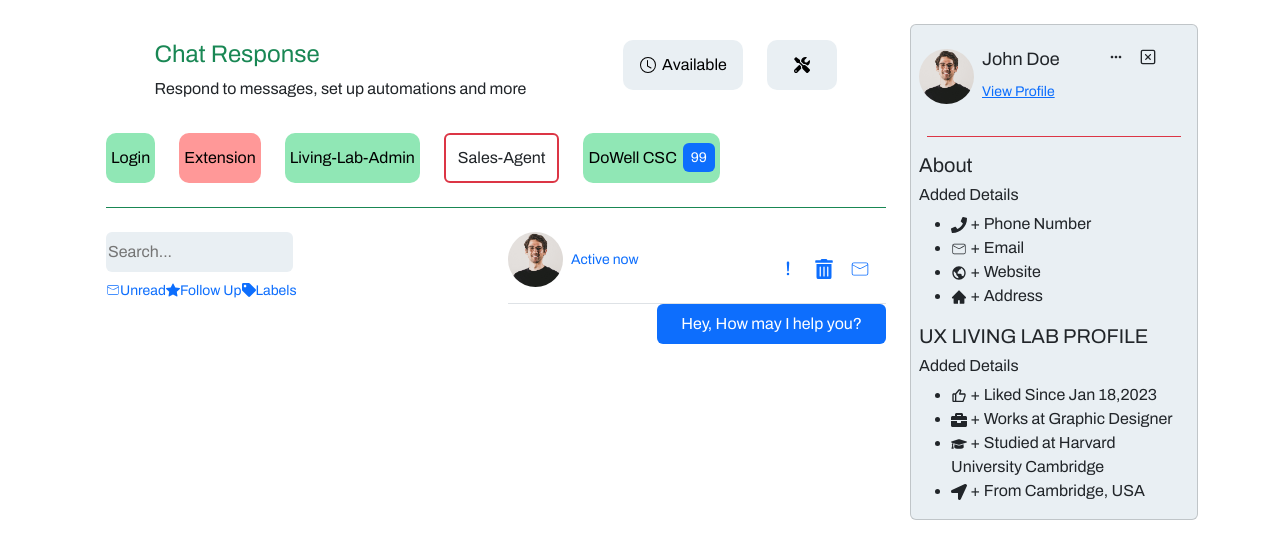
Repository: uh-sman/UX-Living-Lab-Chat
Page: /
The author's editor kept a copy of each file at every save. The page is drawn from the files as they stood at one save, then again after the next save.
The browser window is 1280 px wide. The pictures show the whole page.
The project was rebuilt for these pictures with package versions that can differ from the ones it lists, and the page was loaded fresh each time.

Above is the page before, as saved 2023-05-10 18:05:59.

### public/index.html
<!DOCTYPE html>
<html lang="en">
  <head>
    <meta charset="utf-8" />
    <link rel="icon" href="%PUBLIC_URL%/favicon.ico" />
    <meta name="viewport" content="width=device-width, initial-scale=1" />
    <meta name="theme-color" content="#000000" />
    <meta
      name="description"
      content="Web site created using create-react-app"
    />
    <link rel="apple-touch-icon" href="%PUBLIC_URL%/logo192.png" />
    <!--
      manifest.json provides metadata used when your web app is installed on a
      user's mobile device or desktop. See https://developers.google.com/web/fundamentals/web-app-manifest/
    -->
    <link rel="manifest" href="%PUBLIC_URL%/manifest.json" />
    <!-- font awsome CDN -->

    <link
      rel="stylesheet"
      href="https://cdn.jsdelivr.net/npm/@fortawesome/fontawesome-free@6.2.1/css/fontawesome.min.css"
      integrity="sha384-QYIZto+st3yW+o8+5OHfT6S482Zsvz2WfOzpFSXMF9zqeLcFV0/wlZpMtyFcZALm"
      crossorigin="anonymous"
    />
    <!--
      Notice the use of %PUBLIC_URL% in the tags above.
      It will be replaced with the URL of the `public` folder during the build.
      Only files inside the `public` folder can be referenced from the HTML.

      Unlike "/favicon.ico" or "favicon.ico", "%PUBLIC_URL%/favicon.ico" will
      work correctly both with client-side routing and a non-root public URL.
      Learn how to configure a non-root public URL by running `npm run build`.
    -->
    <title>React App</title>
  </head>
  <body>
    <noscript>You need to enable JavaScript to run this app.</noscript>
    <div id="root"></div>
    <!--
      This HTML file is a template.
      If you open it directly in the browser, you will see an empty page.

      You can add webfonts, meta tags, or analytics to this file.
      The build step will place the bundled scripts into the <body> tag.

      To begin the development, run `npm start` or `yarn start`.
      To create a production bundle, use `npm run build` or `yarn build`.
    -->
  </body>
</html>

### src/index.css
* {
  text-decoration: none;
}

### src/App.js
import "./App.css";
import "bootstrap/dist/css/bootstrap.min.css";
import "bootstrap/dist/js/bootstrap.bundle.min";
import Container from "./container";
function App() {
  return (
    <div className="App">
      <Container />
    </div>
  );
}

export default App;

### src/App.css
@import url("https://fonts.googleapis.com/css2?family=Archivo&display=swap");
:root {
  --header-color: #0d7813;
  /* --button-color :#00000;
  --button-color :#90E7B5; */
  --bg-color: #e9eff3;
  /* #90E7B5 */

  --font: "Archivo", sans-serif;
}

* {
  text-decoration: none;
  /* list-style: none; */
  font-family: "Archivo", sans-serif;
}

.body {
  font-family: "Archivo", sans-serif;
}
.header {
  color: var(--header-color);
  font-family: "Archivo", sans-serif;
}
.button {
  display: flex;
  align-items: center;
  background: var(--bg-color);
  justify-content: center;
  height: 50px;
  width: 120px;
  gap: 6px;
  border: none;
  border-radius: 10px;
}
.button2 {
  display: flex;
  align-items: center;
  background: var(--bg-color);
  justify-content: center;
  height: 50px;
  width: 70px;
  gap: 6px;
  border: none;
  border-radius: 10px;
}
.button3 {
  display: flex;
  align-items: center;
  background: #90e7b5;
  justify-content: center;
  height: 50px;
  max-width: contain;
  padding: 0px 5px;
  gap: 6px;
  border: none;
  border-radius: 10px;
}
.button4 {
  display: flex;
  align-items: center;
  background: #ff9898;
  justify-content: center;
  height: 50px;
  max-width: contain;
  padding: 0px 5px;
  gap: 6px;
  border: none;
  border-radius: 10px;
}
.image-style {
  width: 55px;
  height: 55px;
  border-radius: 500px;
}
.cardBody {
  background-color: var(--bg-color);
}
.input {
  border: var(--bg-color);
  /* align-items: ; */
  outline: none;
  background: var(--bg-color);
}

### src/container/index.js
import React from "react";
import ChatSection from "./ChatSection";
import DetailsSection from "./DetailsSection";
const Container = () => {
  return (
    <div className="container">
      <div className="d-flex justify-content-around my-4">
        <ChatSection />
        <DetailsSection />
      </div>
    </div>
  );
};

export default Container;

### src/container/ChatSection.js
import React from "react";
import ChatHeader from "./ChatItems/ChatHeader";
import ProfileHead from "./Chats/message/ProfileHead";
import SearchBar from "./Chats/SearchBar";

const ChatSection = () => {
  return (
    <div className="container">
      <ChatHeader />
      {/* chats come here */}
      <div className="d-flex my-2">
        <SearchBar />
        <ProfileHead />
      </div>
    </div>
  );
};

export default ChatSection;

### src/container/DetailsSection.jsx
import React from "react";
import user from "../assets/user.jpg";
import AboutDetails from "./Details/AboutDetails";
import DetailsSectionButton from "./DetailsSectionButton";
const DetailsSection = ({ title, about }) => {
  return (
    <div>
      <div
        className="card"
        style={{ width: "18rem", backgroundColor: "#e9eff3" }}
      >
        <div className="mx-2">
          <div className="d-flex gap-5 mt-4 ">
            <figure className="d-flex gap-2">
              <img src={user} className=" image-style" />
              <div className="">
                <h4 className="body fw-bold" style={{ fontSize: "18px" }}>
                  {title}
                </h4>
                <a href="" className="fw-bold" style={{ fontSize: "14px" }}>
                  View Profile
                </a>
              </div>
            </figure>
            <DetailsSectionButton />
          </div>
          <div className="border-bottom border-danger mx-2 my-3"></div>
          <div className=""></div>
          {/* DETAILS */}
          <AboutDetails />
        </div>
      </div>
    </div>
  );
};
DetailsSection.defaultProps = {
  title: "John Doe",
  about: "About",
};

export default DetailsSection;

### src/container/ChatItems/ChatHeader.jsx
import React from "react";
import Buttons from "./Buttons";
import HeaderButtons from "./HeaderButtons";

const ChatHeader = ({ title, caption }) => {
  return (
    <div className="container">
      <div className=" d-flex justify-content-around my-3">
        <header>
          <h1 className="header fs-4 fw-bold text-success">{title}</h1>
          <p className="fw-medium  Header-font">{caption}</p>
        </header>
        <HeaderButtons />
      </div>
      <Buttons />
      <div className="border-bottom border-success my-4"></div>
    </div>
  );
};

export default ChatHeader;
ChatHeader.defaultProps = {
  title: "Chat Response",
  caption: "Respond to messages, set up automations and more",
};

### src/container/Chats/message/ProfileHead.jsx
import React from "react";
import { FaTrashAlt } from "react-icons/fa";
import user from "../../../assets/user.jpg";
import ChatIcons from "./ChatIcons";
import Message from "./Message";
const ProfileHead = () => {
  return (
    <div className="container overflow-y-scroll">
      <div className="d-flex justify-content-between  align-items-center border-bottom">
        <figure className="d-flex gap-2 align-items-center">
          <img src={user} className=" image-style" />
          <div className="">
            {/* Status active now if true show active */}
            <small className="text-primary">Active now</small>
          </div>
        </figure>
        <ChatIcons />
      </div>
      <Message />
    </div>
  );
};

export default ProfileHead;

### src/container/Chats/SearchBar.jsx
import React from "react";
import { FaSearch } from "react-icons/fa";
import Icons from "./Icons";
// BsStarFill;
const SearchBar = () => {
  return (
    <div className="container">
      <div className="overflow-y-scroll">
        <form>
          <input
            className="input rounded bi bi-search py-2"
            placeholder="Search..."
          />
          {/* <i className="bi bi-search"></i> */}
        </form>
        <Icons />
      </div>
    </div>
  );
};

export default SearchBar;

### src/container/Details/AboutDetails.jsx
import React from "react";
import {
  FaPhone,
  FaBriefcase,
  FaGraduationCap,
  FaLocationArrow,
} from "react-icons/fa";
import { CiMail } from "react-icons/ci";
import { BiWorld, BiLike } from "react-icons/bi";
import { AiFillHome } from "react-icons/ai";
const AboutDetails = ({ title, ux }) => {
  const data = [
    {
      phone: "Phone Number",
      email: "Email",
      web: "Website",
    },
  ];
  return (
    <div>
      <div className="">
        <h5>{title}</h5>
        <main>
          <h6>Added Details</h6>
          <div className="">
            <ul>
              <li>
                <FaPhone /> + Phone Number
              </li>
              <li>
                <CiMail /> + Email
              </li>
              <li>
                <BiWorld /> + Website
              </li>
              <li>
                <AiFillHome /> + Address
              </li>
            </ul>
          </div>
        </main>
      </div>
      <div className="">
        <h5>{ux}</h5>
        <main>
          <h6>Added Details</h6>
          <div className="">
            <ul>
              <li>
                <BiLike /> + Liked Since Jan 18,2023
                {/* date from the api */}
              </li>
              <li>
                <FaBriefcase /> + Works at Graphic Designer
              </li>
              <li>
                <FaGraduationCap /> + Studied at Harvard University Cambridge
                {/* Place of work from the api */}
              </li>
              <li>
                <FaLocationArrow /> + From Cambridge, USA
              </li>
            </ul>
          </div>
        </main>
      </div>
    </div>
  );
};

export default AboutDetails;

AboutDetails.defaultProps = {
  title: "About",
  ux: "UX LIVING LAB PROFILE",
};

### src/container/DetailsSectionButton.jsx
import React from "react";
import { MdOutlineMoreHoriz } from "react-icons/md";
import { CgCloseR } from "react-icons/cg";
const DetailsSectionButton = () => {
  return (
    <div>
      <div className="d-flex gap-3">
        <MdOutlineMoreHoriz />
        <CgCloseR />
      </div>
    </div>
  );
};

export default DetailsSectionButton;

### src/container/ChatItems/Buttons.jsx
import React from "react";

const Buttons = () => {
  return (
    <div className="d-flex gap-4">
      <button type="button" className="button3">
        Login
      </button>
      <button type="button" className="button4">
        Extension
      </button>
      <button type="button" className="button3">
        Living-Lab-Admin
      </button>
      <button type="button" className="btn border-danger border-2">
        Sales-Agent
      </button>
      <button type="button" className="button3">
        DoWell CSC
        <small className="bg-primary text-white px-2 py-1 rounded">
          {"99"}
        </small>
      </button>
    </div>
  );
};

export default Buttons;

### src/container/ChatItems/HeaderButtons.jsx
import React from "react";
import { BsClock } from "react-icons/bs";
import { FaTools } from "react-icons/fa";
const HeaderButtons = () => {
  return (
    <div className="d-flex gap-4">
      <button type="button" className="button">
        <BsClock className="" />
        Available
      </button>
      <button type="button" className="button2">
        <FaTools />
      </button>
    </div>
  );
};

export default HeaderButtons;

### src/container/Chats/message/ChatIcons.jsx
import React from "react";
import { FaTrashAlt } from "react-icons/fa";
import { BsExclamationLg } from "react-icons/bs";
import { CiMail } from "react-icons/ci";
const ChatIcons = () => {
  return (
    <div className="mx-3">
      <div className="d-flex gap-3">
        <small className="text-primary fs-5"></small>
        <small className="text-primary fs-5">
          <BsExclamationLg />
        </small>
        <small className="text-primary fs-5">
          <FaTrashAlt />
        </small>

        <small className="text-primary fs-5">
          <CiMail />
        </small>
      </div>
    </div>
  );
};

export default ChatIcons;

### src/container/Chats/message/Message.jsx
import React, { useState } from "react";

const Message = () => {
  const [message, setMessage] = useState(true);
  return (
    <div className="">
      <div className="d-flex justify-content-end align-items-baseline">
        {message ? (
          <div
            className="bg-primary text-white rounded d-flex align-items-center "
            style={{ width: "auto", height: "40px", listStyle: "none" }}
          >
            <li className="mx-4">Hey, How may I help you? </li>
          </div>
        ) : null}
      </div>
    </div>
  );
};

export default Message;

### src/container/Chats/Icons.jsx
import React from "react";
import { CiMail } from "react-icons/ci";
import { BsStarFill } from "react-icons/bs";
import { FaTag } from "react-icons/fa";
const Icons = () => {
  return (
    <div>
      <div className="d-flex text-primary my-2">
        <small className="d-flex align-items-center">
          <CiMail /> Unread
        </small>
        <small className="d-flex align-items-center">
          <BsStarFill /> Follow Up
        </small>
        <small className="d-flex align-items-center">
          <FaTag />
          Labels
        </small>
      </div>
    </div>
  );
};

export default Icons;

Loaded but not shown: src/index.js (common file)

After the next save:
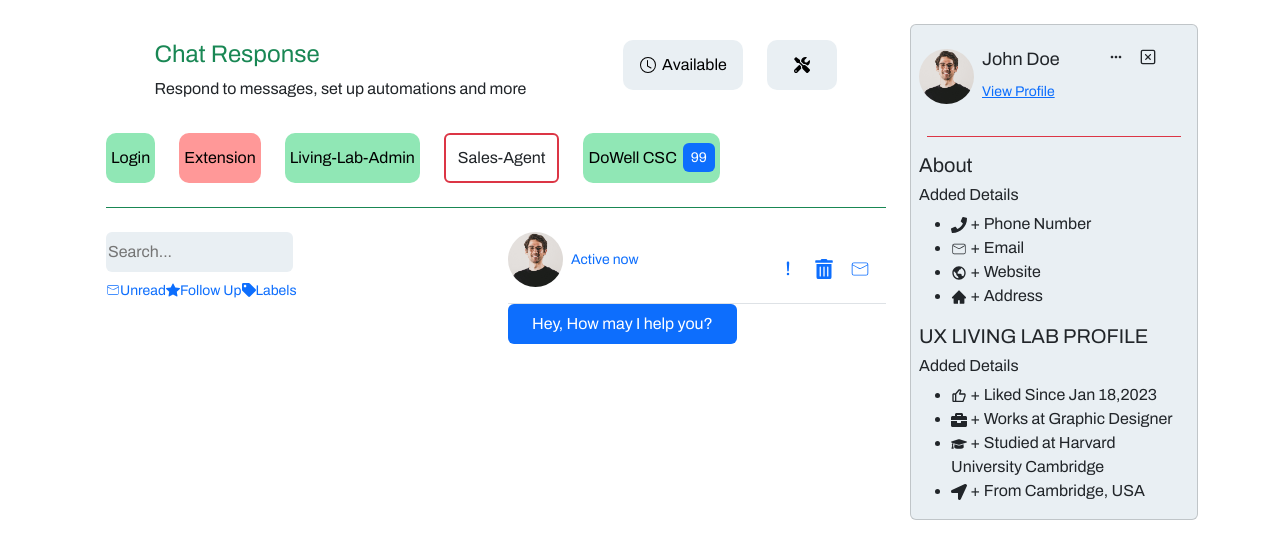
Saved 47 s later.
--- a/src/container/Chats/message/Message.jsx
+++ b/src/container/Chats/message/Message.jsx
@@ -4,7 +4,7 @@
   const [message, setMessage] = useState(true);
   return (
     <div className="">
-      <div className="d-flex justify-content-end align-items-baseline">
+      <div className="d-flex justify-content-baseline align-items-baseline">
         {message ? (
           <div
             className="bg-primary text-white rounded d-flex align-items-center "

After the save that followed:
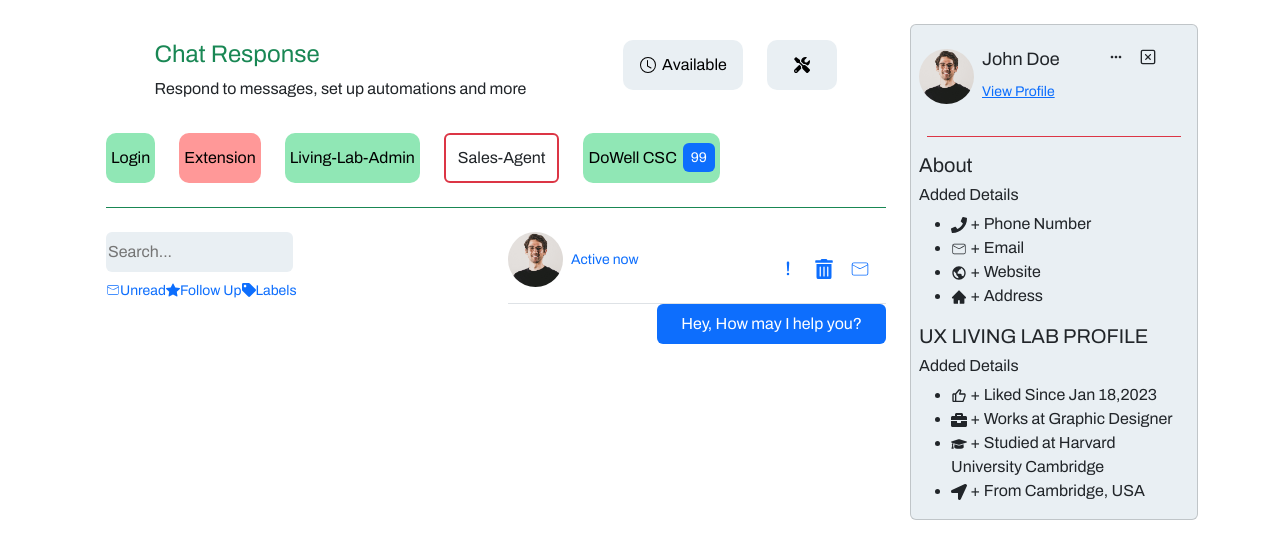
Saved 14 s later.
--- a/src/container/Chats/message/Message.jsx
+++ b/src/container/Chats/message/Message.jsx
@@ -4,7 +4,7 @@
   const [message, setMessage] = useState(true);
   return (
     <div className="">
-      <div className="d-flex justify-content-baseline align-items-baseline">
+      <div className="d-flex justify-content-end align-items-baseline">
         {message ? (
           <div
             className="bg-primary text-white rounded d-flex align-items-center "
